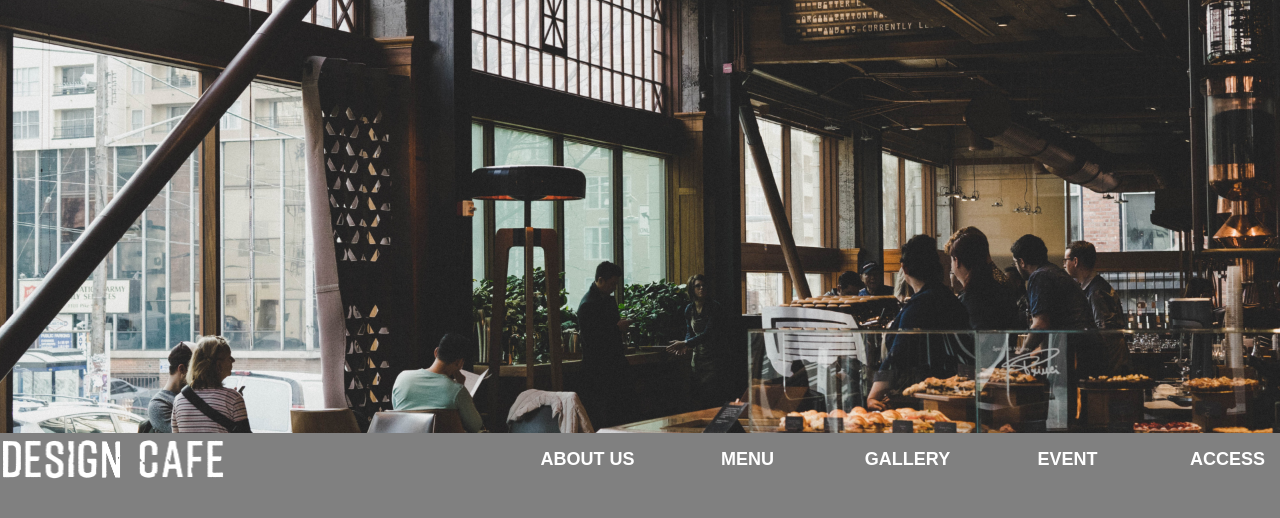
Repository: sonoyama01/dezasuta
Page: 第4回課題/index.html
These files come from the project's save history. The page is drawn as it stood at one moment and after the next save; the edit follows.
The browser window is 1280 px wide. The pictures show the whole page.

Above is the page before, as saved 2024-05-01 23:43:15.

### 第4回課題/index.html
<!DOCTYPE html>
<html lang="ja">

<head>
    <meta charset="UTF-8">
    <meta name="viewport" content="width=device-width, initial-scale=1.0">
    <title>Desing Cafe</title>
    <link rel="stylesheet" href="./css/style.css">
</head>

<body>
    <header>
        <div class="header_slide">
            <div>
                <img src="./images/pc_first-100.jpg" alt="店内の様子">
            </div>
        </div>
        <div class="header_wap">
            <h1 class="header_logo">
                <img src="./images/design_cafe_logo_header@2x.png" alt="desind cafe">
            </h1>
            <nav class="pc_nav">
                <ul>
                    <li><a href="#">ABOUT US</a></li>
                    <li><a href="#">MENU</a></li>
                    <li><a href="#">GALLERY</a></li>
                    <li><a href="#">EVENT</a></li>
                    <li><a href="#">ACCESS</a></li>
                </ul>
            </nav>
        </div>
    </header>

</body>

</html>

### 第4回課題/css/style.css
@charset "utf-8";

/* cssリセット */

/*利用するタグによってこちらの内容は増やす*/

html,
body,
h1,
h2,
h3,
p,
dl,
dt,
dd,
ul,
li {
  margin: 0;
  padding: 0;
  line-height: 1;
  /*デフォルトの文字色、font-familyを予め当てておく*/
  color: #4f260b;
  font-family: "游明朝", YuMincho, "Hiragino Mincho ProN W3",
    "ヒラギノ明朝 ProN W3", "Hiragino Mincho ProN", "HG明朝E", "ＭＳ Ｐ明朝",
    "ＭＳ 明朝", serif;
}

a {
  /*下線を消す*/
  text-decoration: none;
  /*色を消す*/
  color: inherit;
}

ul {
  /*左の「・」を消す*/
  list-style: none;
}

img {
  max-width: 100%;
  vertical-align: bottom;
  border: none;
}

body {
  background-color: gray;
}

.pc_nav ul {
  display: flex;
  gap: 55px;
}

.pc_nav ul li {
  width: 105px;
  text-align: center;
  color: #ffffff;
  font-weight: bold;
  font-size: 18px;
  font-family: "Hiragino Sans W3", "Hiragino Kaku Gothic ProN",
    "ヒラギノ角ゴ ProN W3", "メイリオ", Meiryo, "ＭＳ Ｐゴシック", "MS PGothic",
    sans-serif;
}

.header_logo {
  width: 226px;
}

.header_wap {
  display: flex;
  justify-content: space-between;
  align-items: center;
}

After the next save:
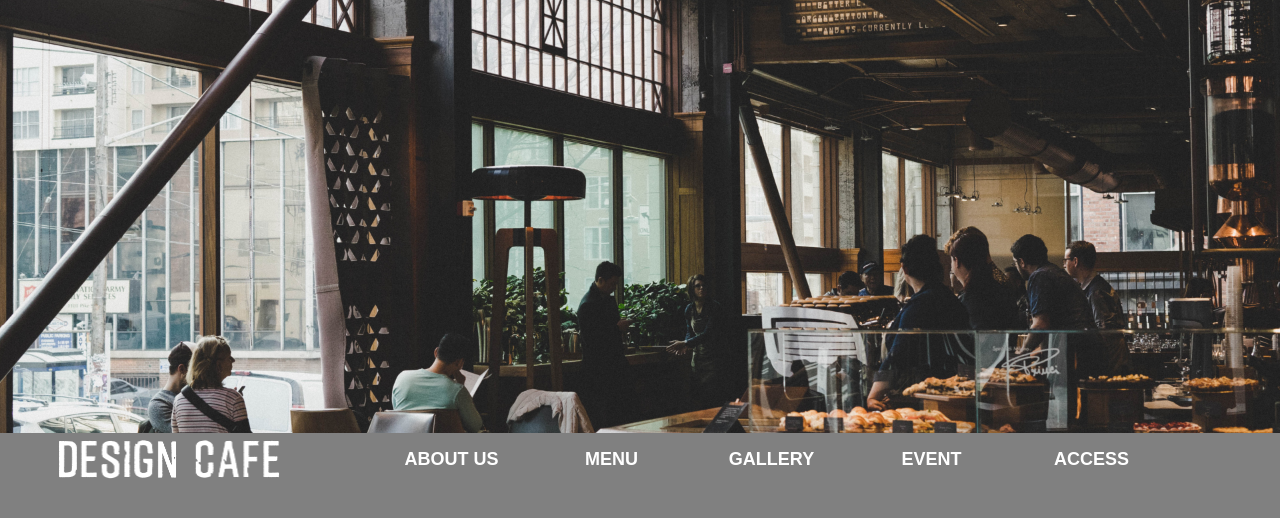
Saved 2 min 9 s later.
--- a/第4回課題/css/style.css
+++ b/第4回課題/css/style.css
@@ -71,4 +71,5 @@ body {
   display: flex;
   justify-content: space-between;
   align-items: center;
+  padding: 0 136px 0 56px;
 }
